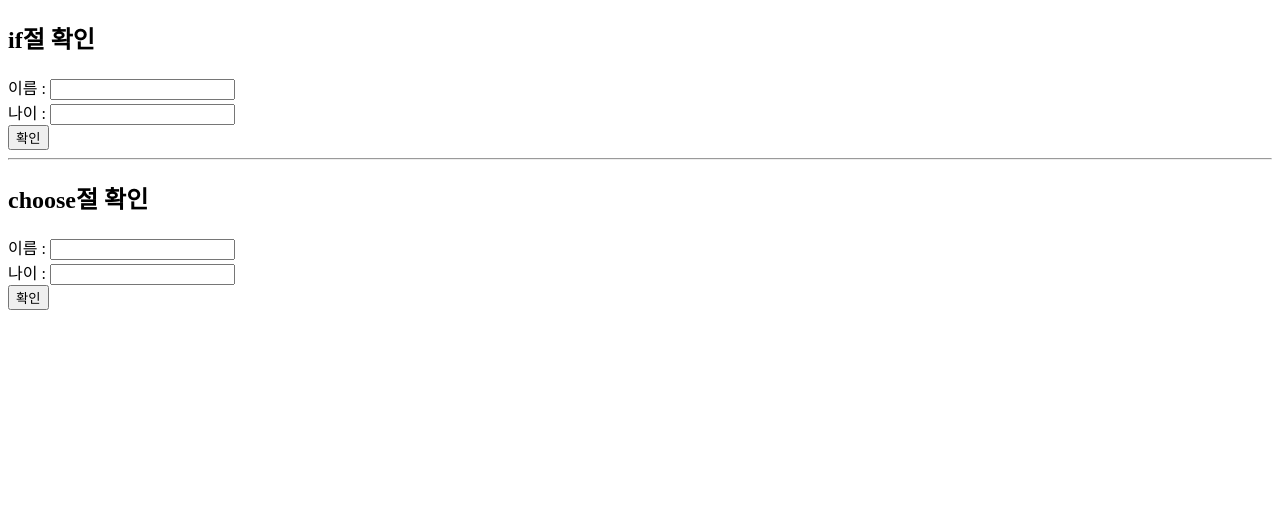
Repository: huntingforheat/JavaProject
Page: http://localhost/myweb/jstl/jstl_form.jsp
These files come from the project's save history. The page is drawn as it stood at one moment and after the next save; the edit follows.
The browser window is 1280 px wide. The pictures show the whole page.
The page is served by Tomcat 9.

Above is the page before, as saved 2024-04-17 02:48:08.

After the next save:
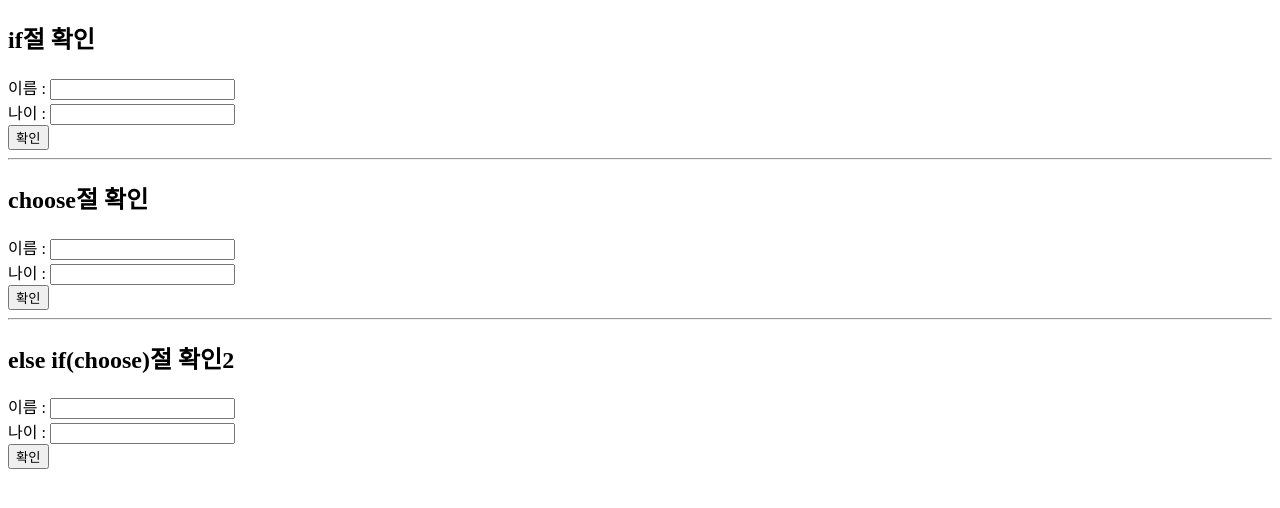
Saved 14 min 28 s later.
--- a/myweb/src/main/webapp/jstl/jstl_form.jsp
+++ b/myweb/src/main/webapp/jstl/jstl_form.jsp
@@ -20,7 +20,14 @@
 			이름 : <input type="text" name = "name"><br>
 			나이 : <input type = "text" name = "age"><br>
 			<input type = "submit" value = "확인">
-
+		</form>
+		<hr>
+		<h2>else if(choose)절 확인2</h2>
+		<!-- 점수를 입력 받아서 90점이상이면 A, 80점 이상이면 B, 70점이상이면 C 60점 이상이면 D, 60점 미만이면 F가 출력되게 해주세요. -->
+		<form action="jstl_choose.jsp">
+			이름 : <input type="text" name = "name"><br>
+			나이 : <input type = "text" name = "age"><br>
+			<input type = "submit" value = "확인">
 		</form>
 	</body>
 </html>
